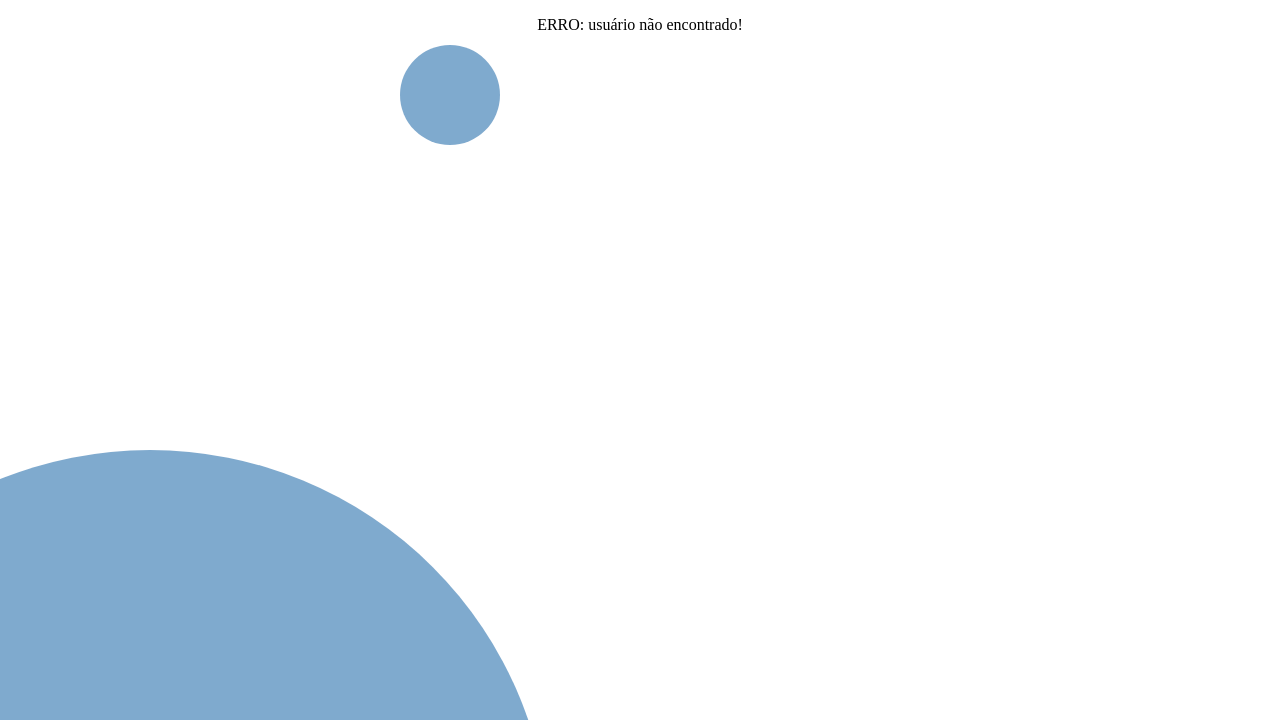
Repository: ArtMainardi/projeto-ctw-front
Page: usuario/usuario.html
The author's editor kept a copy of each file at every save. The page is drawn from the files as they stood at one save, then again after the next save.
The browser window is 1280 px wide. The pictures show the whole page.
The page's requests for data from a server got no answer.

Above is the page before, as saved 2026-06-15 18:22:32.

After the next save:
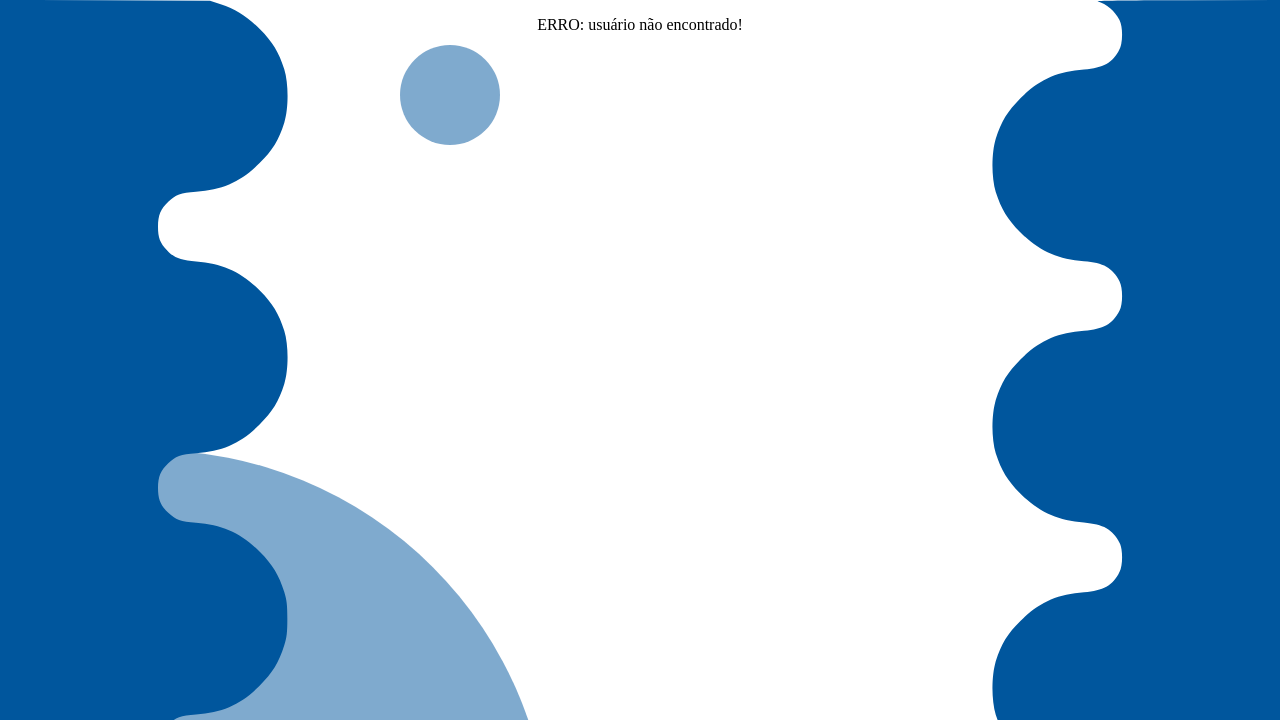
Saved 84 s later.
--- a/usuario/usuario.css
+++ b/usuario/usuario.css
@@ -4,9 +4,12 @@ body {
 }
 
 #barra-lateral1 {
-    visibility: hidden;
+    position: fixed;
+    left: 0;
 }
 
 #barra-lateral2 {
-    visibility: hidden;
+    position: fixed;
+    right: 0;
+    transform: scale(-1);
 }
